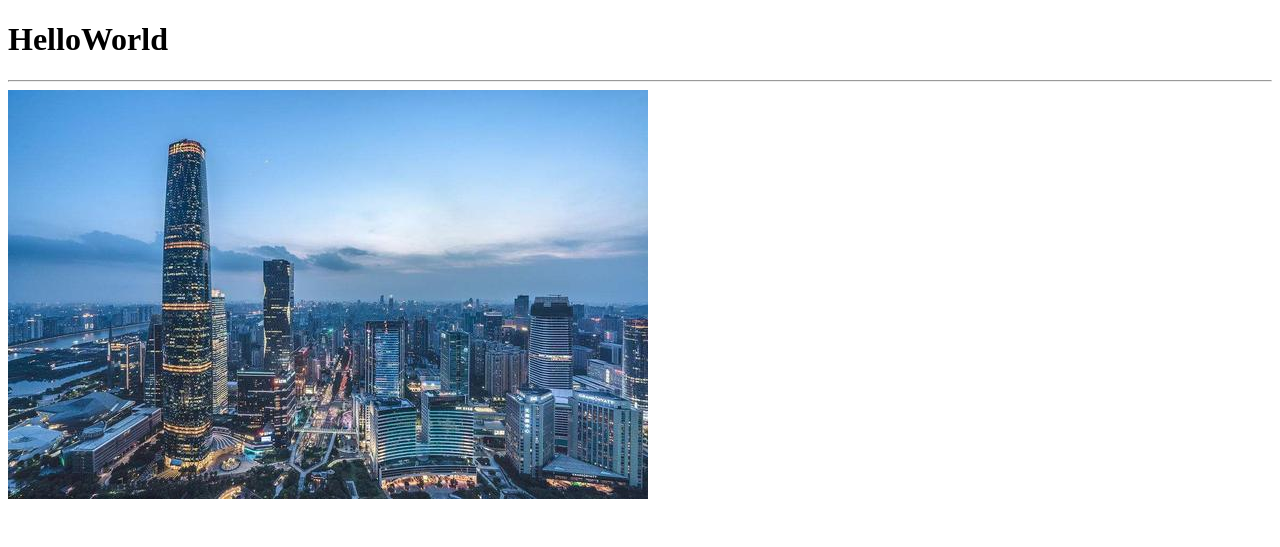
Repository: 13982720426/vue2.0-LearningNotes
Page: example/v-bind.html
The author's editor kept a copy of each file at every save. The page is drawn from the files as they stood at one save, then again after the next save.
The browser window is 1280 px wide. The pictures show the whole page.

Above is the page before, as saved 2021-06-24 13:35:47.

After the next save:
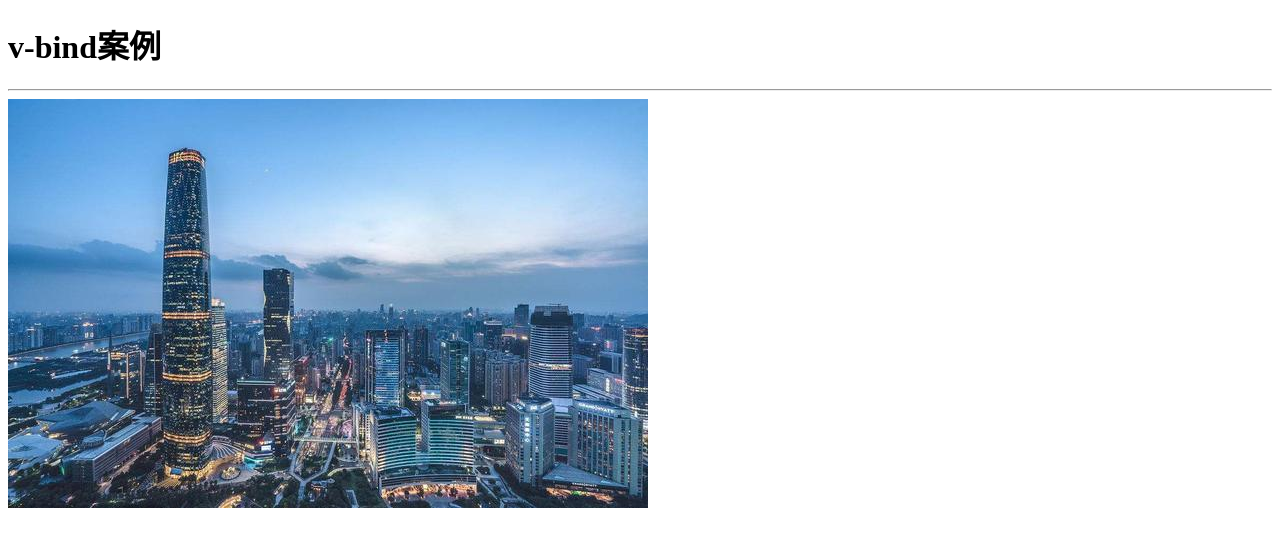
Saved 38 s later.
--- a/example/v-bind.html
+++ b/example/v-bind.html
@@ -4,11 +4,11 @@
     <meta charset="UTF-8" />
     <meta http-equiv="X-UA-Compatible" content="IE=edge" />
     <meta name="viewport" content="width=device-width, initial-scale=1.0" />
-    <title>HelloWord</title>
+    <title>v-bind案例</title>
     <script type="text/javascript" src="../assets/js/vue.js"></script>
   </head>
   <body>
-    <h1>HelloWorld</h1>
+    <h1>v-bind案例</h1>
     <hr />
     <div id="app">
       <img src="./1.jpeg" />
